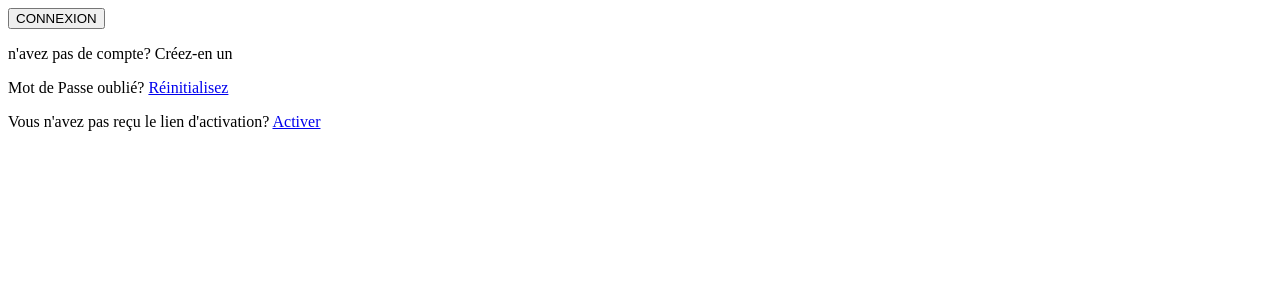
Repository: nyoumi/perfectpay
Page: src/pages/login/login.html
An editor plug-in stored every save of this project. The page is shown before and after the next save, followed by the edit.
The browser window is 1280 px wide. The pictures show the whole page.

Above is the page before, as saved 2021-02-15 09:38:08.

After the next save:
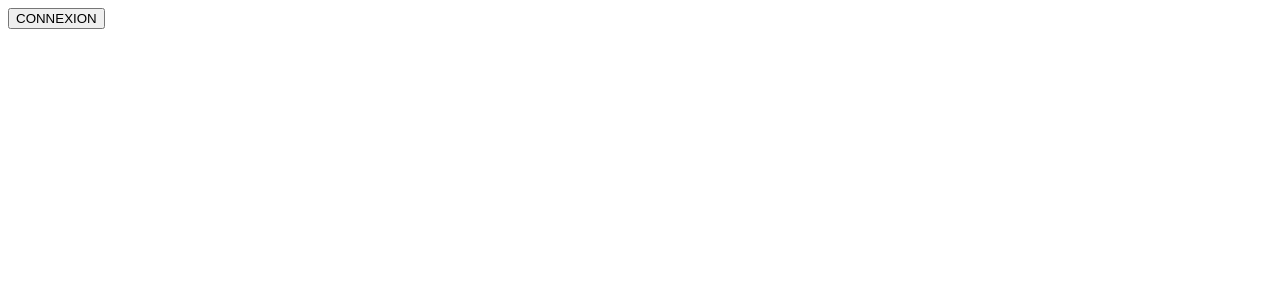
Saved 107 min 33 s later.
--- a/src/pages/login/login.html
+++ b/src/pages/login/login.html
@@ -34,10 +34,10 @@
     <button ion-button  block class="login-button" [disabled]="!formgroup.valid" (tap)="login()">CONNEXION</button>
   </div>
   <div  text-center>
-    <p class="info-text"> n'avez pas de compte? <a (tap)="gotoRegister()">Créez-en un</a></p>
+<!--     <p class="info-text"> n'avez pas de compte? <a (tap)="gotoRegister()">Créez-en un</a></p>
     <p class="info-text">Mot de Passe oublié? <a  target="_blank" href="https://account.kakotel.com/kakotel_reinitialisation_email.php">Réinitialisez</a> </p>
     <p class="info-text">Vous n'avez pas reçu le lien d'activation? <a  target="_blank" href="https://account.kakotel.com/kakotel_reinitialisation_demande_activation.php">Activer</a> </p>
-
+ -->
   </div>
 
 
